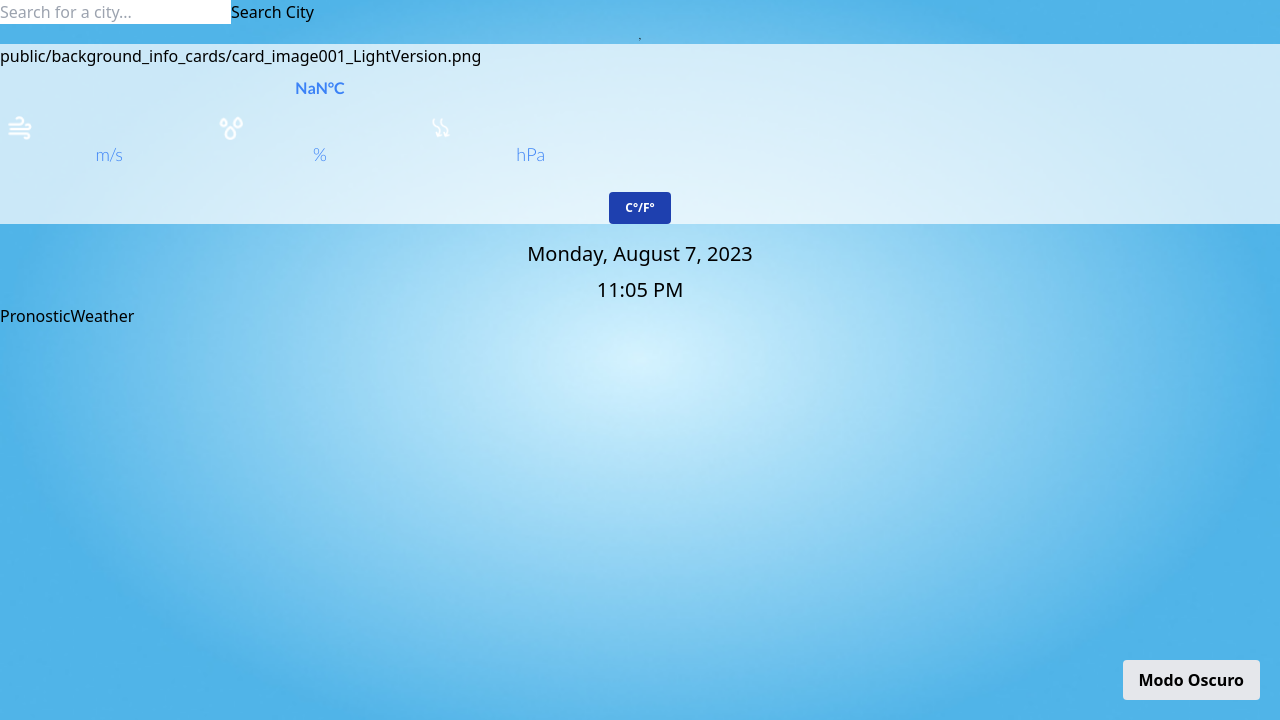
Repository: LukasMoyano/WeatherApp-_-LukasMoyano-_-V-_4.0_6.6.6
Page: /
An editor plug-in stored every save of this project. The page is shown before and after the next save, followed by the edit.
The browser window is 1280 px wide. The pictures show the whole page.
The page's requests for data from a server got no answer. The project was rebuilt for these pictures with package versions that can differ from the ones it lists, and the page was loaded fresh each time. No one was signed in, and anything a server would have sent is missing. Also part of the build but not shown: vite.config.js.

Above is the page before, as saved 2023-08-07 23:24:40.

### index.html
<!DOCTYPE html>
<html lang="en">
  <head>
    <meta charset="UTF-8" />
    <link rel="icon" type="image/png" href="thor-hammer.png">
    <meta name="viewport" content="width=device-width, initial-scale=1.0" />
    <title>WeatherApp - LukasMoyano-</title>
  </head>
  <body>
    <div id="root"></div>
    <script type="module" src="/src/main.jsx"></script>
  </body>
</html>

### src/main.jsx
import React from 'react'
import ReactDOM from 'react-dom/client'
import App from "/src/App.jsx";

ReactDOM.createRoot(document.getElementById('root')).render(
  <React.StrictMode>
    <App />
  </React.StrictMode>,
)

### src/App.jsx
import React, { useEffect, useState } from "react";
import axios from "axios";
import Weather from "./components/Weather";
import "./App.css";
import SearchBar from "./components/SearchBar";
import PronosticWeather from "./components/PronosticWeather";

function App() {
  const [weatherInfo, setWeatherInfo] = useState(null);
  const [isDarkMode, setIsDarkMode] = useState(false);

  const toggleDarkMode = () => {
    setIsDarkMode(!isDarkMode);
  };

  useEffect(() => {
    navigator.geolocation.getCurrentPosition(success);
  }, []);

  const success = (pos) => {
    const lat = pos.coords.latitude;
    const lon = pos.coords.longitude;
    const API_KEY = "f61630c5193995d939b6b8024057b009";
    const url = `https://api.openweathermap.org/data/2.5/weather?lat=${lat}&lon=${lon}&appid=${API_KEY}`;

    axios
      .get(url)
      .then(({ data }) => setWeatherInfo(data))
      .catch((err) => console.log(err));
  };

  const backgroundImage = isDarkMode
    ? "background/image002_DarkVersion.jpg"
    : "background/image001_LightVersion.jpg";

  return (
    <div className={`min-h-screen ${isDarkMode ? "dark" : ""}`}>
      <main
        className={`min-h-screen font-lato relative ${
          isDarkMode ? "bg-black bg-opacity-50 text-white" : "bg-white bg-opacity-70 text-black"
        }`}
        style={{
          backgroundImage: `url(${backgroundImage})`,
          backgroundSize: "cover",
          backgroundPosition: "center",
        }}
      >
        <SearchBar setWeatherInfo={setWeatherInfo} />
        <Weather weatherInfo={weatherInfo} isDarkMode={isDarkMode} />
        <PronosticWeather/>

        <button
          onClick={toggleDarkMode}
          className={`absolute bottom-5 right-5 px-4 py-2 font-bold rounded ${
            isDarkMode ? "bg-gray-800 text-white" : "bg-gray-200 text-black"
          }`}
        >
          {isDarkMode ? "Modo Claro" : "Modo Oscuro"}
        </button>
      </main>
    </div>
  );
}

export default App;

### src/components/Weather.jsx
import React, { useState } from "react";

const Weather = ({ weatherInfo, isDarkMode }) => {
  const [isCelsius, setIsCelsius] = useState(true);

  const toggleTemperatureUnit = () => {
    setIsCelsius(!isCelsius);
  };

  const convertTemperature = (temperature) => {
    if (isCelsius) {
      return Math.round(temperature - 273.15) + "°C";
    } else {
      return Math.round(((temperature - 273.15) * 9) / 5 + 32) + "°F";
    }
  };

  const getCurrentDateTime = () => {
    const currentDate = new Date();
    const options = {
      weekday: "long",
      day: "numeric",
      month: "long",
      year: "numeric",
    };
    const date = currentDate.toLocaleDateString(undefined, options);
    const time = currentDate.toLocaleTimeString(undefined, {
      hour: "numeric",
      minute: "numeric",
    });
    return { date, time };
  };

  const { date, time } = getCurrentDateTime();

  return (
<main>

<h1 className="w-full h-full flex items-center justify-center font-Lato text-sm font-light">
  {weatherInfo?.name}, {weatherInfo?.sys?.country}
</h1>



<section className={`${
        isDarkMode
          ? "bg-black bg-opacity-50 text-white"
          : "bg-white bg-opacity-70 text-black"
      }`}


      // style={{
      //   backgroundImage: `url(${
      //     isDarkMode
      //       ? "public/background_info_cards/card_image002_Dark version.png"
      //       : "public/background_info_cards/card_image001_LightVersion.png"
      //   })`,
      // }}

      >
        <section >
{isDarkMode ? "public/background_info_cards/card_image002_Dark version.png" : "public/background_info_cards/card_image001_LightVersion.png"}

        </section>


      <section className="flex justify-center-items-center">

        {/* Columna Izquierda */}
        <div className="w-1/2 p-2 text-center">

          {/* Temperatura Actual */}
          <div className={` font-lato font-Lato text-79 font-semibold leading-23 tracking-normal text-center text-blue-500
           ${isDarkMode ? "text-white" : "text-black"}`}>
            {convertTemperature(weatherInfo?.main.temp)}
          </div>
          {/* Detalles del Clima */}
          <div className="w-124 h-95 top-258 left-26 font-Lato text-79 font-light leading-95 tracking-normal text-center text-blue-500 grid grid-cols-3 gap-2 mt-4 font-lato font-bold leading-4 ">
            <div className="text-lg ">
              <img src="./images/wind.png" alt="Wind Icon" className="w-6 h-6" />
              {weatherInfo?.wind.speed} m/s
            </div>
            <div className="text-lg">
              <img src="./images/humidity.png" alt="Humidity Icon" className="w-6 h-6" />
              {weatherInfo?.main.humidity}%
            </div>
            <div className="text-lg">
              <img src="./images/pressure.png" alt="Pressure Icon" className="w-6 h-6" />
              {weatherInfo?.main.pressure} hPa
            </div>
          </div>
          {/* Nombre de la Ciudad */}{/* País */}

        </div>

        {/* Columna Derecha */}
        <div className="w-1/2 p-2 text-center">
          {/* Icono del Clima */}
          {weatherInfo?.weather[0].icon && (
            <img src={`https://openweathermap.org/img/wn/${weatherInfo?.weather[0].icon}@4x.png`} alt="Weather Icon" className="mx-auto h-24" />
          )}
          <h3 className="text-base mt-4 mb-2">
            {weatherInfo?.weather[0].description}
          </h3>
        </div>
      </section>

      {/* Botón para Alternar entre Celsius y Fahrenheit */}
      <section className="flex items-center justify-center mt-4">
        <button
          onClick={toggleTemperatureUnit}
          className={`bg-blue-800 hover:bg-blue-700 text-white font-bold py-2 px-4 rounded mx-auto block text-xs ${
            isDarkMode ? "bg-opacity-70" : "bg-opacity-100"
          }`}
        >
          C°/F°
        </button>
      </section>
    </section>
          {/* Mostrar la Fecha y Hora */}
          <section className="text-center mt-4">
          <p className={`text-xl mb-2 ${isDarkMode ? "text-white" : "text-black"}`}>
            {date}
          </p>
          <p className={`text-xl ${isDarkMode ? "text-white" : "text-black"}`}>
            {time}
          </p>
        </section>
</main>
  );
};

export default Weather;

### src/App.css
@import url(https://fonts.googleapis.com/css?family=Lato:100,100italic,300,300italic,regular,italic,700,700italic,900,900italic);

@import url('https://fonts.googleapis.com/css2?family=Lato:wght@300;400;700&display=swap');


@import 'tailwindcss/base';
@import 'tailwindcss/components';
@import 'tailwindcss/utilities';

### src/components/SearchBar.jsx
import React, { useState, useEffect } from "react";
import axios from "axios";

const SearchBar = ({ setWeatherInfo }) => {
  const [city, setCity] = useState("");
  const [suggestedCities, setSuggestedCities] = useState([]);
  const [isFetching, setIsFetching] = useState(false);

  const API_KEY = "f61630c5193995d939b6b8024057b009";

  const handleCityChange = (event) => {
    const value = event.target.value;
    setCity(value);
    if (value) {
      fetchSuggestedCities(value);
    } else {
      setSuggestedCities([]);
    }
  };

  const fetchSuggestedCities = async (query) => {
    setIsFetching(true);
    try {
      const response = await fetch(
        `https://api.openweathermap.org/data/2.5/find?q=${query}&type=like&cnt=5&appid=${API_KEY}`
      );
      const data = await response.json();
      setSuggestedCities(data.list);
    } catch (error) {
      console.error("Error fetching suggested cities:", error);
    } finally {
      setIsFetching(false);
    }
  };

  const handleSuggestionClick = (suggestion) => {
    setCity(suggestion.name);
    setSuggestedCities([]);
  };

  const handleSearch = () => {
    if (city.trim() !== "") {
      fetchWeatherData(city);
    }
  };

  const fetchWeatherData = (city) => {
    const url = `https://api.openweathermap.org/data/2.5/weather?q=${city}&appid=${API_KEY}`;

    axios
      .get(url)
      .then(({ data }) => setWeatherInfo(data))
      .catch((err) => console.log(err));
  };

  useEffect(() => {
    const handleKeyPress = (event) => {
      if (event.key === "Enter") {
        handleSearch();
      }
    };
    window.addEventListener("keydown", handleKeyPress);
    return () => {
      window.removeEventListener("keydown", handleKeyPress);
    };
  }, [city]);

  return (
    <main>
      <label>
        <input
          type="text"
          value={city}
          placeholder="Search for a city..."
          onChange={handleCityChange}
        />
        {suggestedCities.length > 0 && (
          <ul className="suggestions">
            {suggestedCities.map((suggestion) => (
              <li
                key={suggestion.id}
                onClick={() => handleSuggestionClick(suggestion)}
              >
                {suggestion.name}, {suggestion.sys.country}
              </li>
            ))}
          </ul>
        )}
        <button onClick={handleSearch} disabled={isFetching}>
          Search City
        </button>
      </label>
    </main>
  );
};

export default SearchBar;

### src/components/PronosticWeather.jsx
import React from 'react'

const PronosticWeather = () => {
  return (
    <div>PronosticWeather</div>
  )
}

export default PronosticWeather

### tailwind.config.js
/** @type {import('tailwindcss').Config} */
export default {
  content: [
    "./index.html",
    "./src/**/*.{js,ts,jsx,tsx}",
  ],
  theme: {
    extend: {},
    fontFamily: {
      Lato: ["Lato", "Sans-Serif"]
    }
  },
  plugins: [],

}

After the next save:
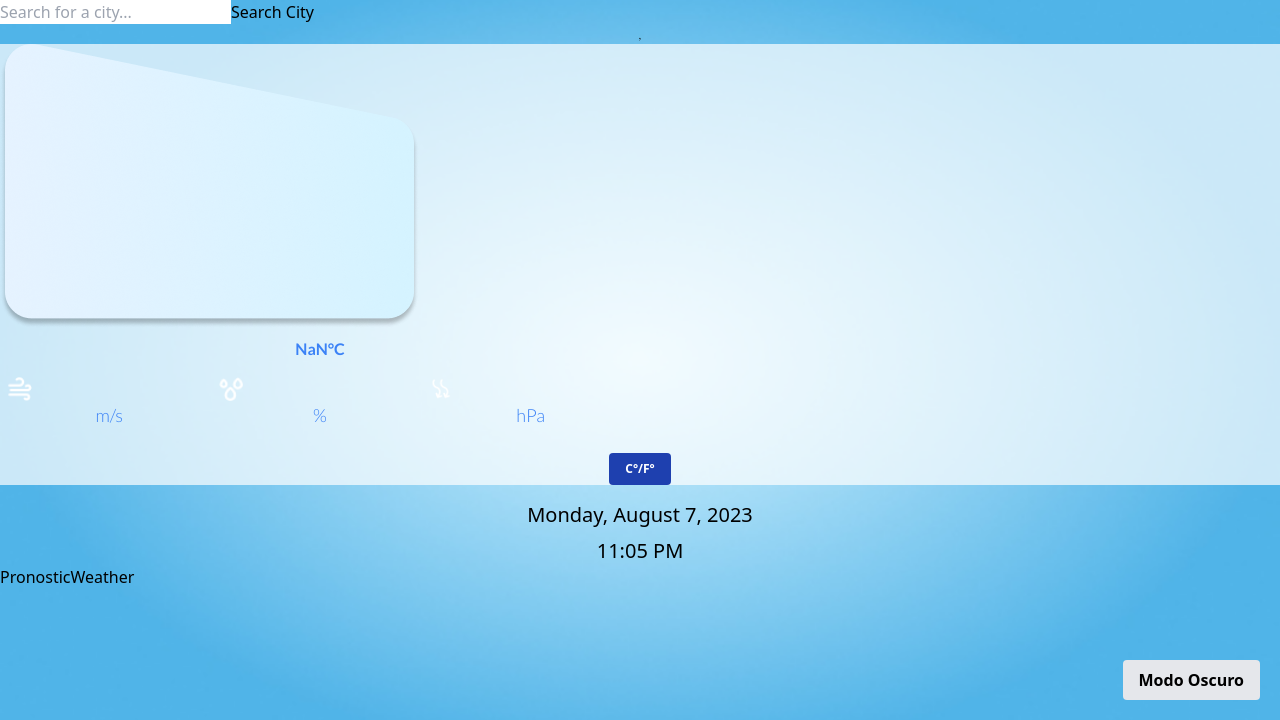
Saved 2 min 30 s later.
--- a/src/components/Weather.jsx
+++ b/src/components/Weather.jsx
@@ -59,7 +59,7 @@ const Weather = ({ weatherInfo, isDarkMode }) => {
 
       >
         <section >
-{isDarkMode ? "public/background_info_cards/card_image002_Dark version.png" : "public/background_info_cards/card_image001_LightVersion.png"}
+{isDarkMode ? <img src="public/background_info_cards/card_image002_Dark version.png"/> : <img src="public/background_info_cards/card_image001_LightVersion.png"/>}
 
         </section>
 
